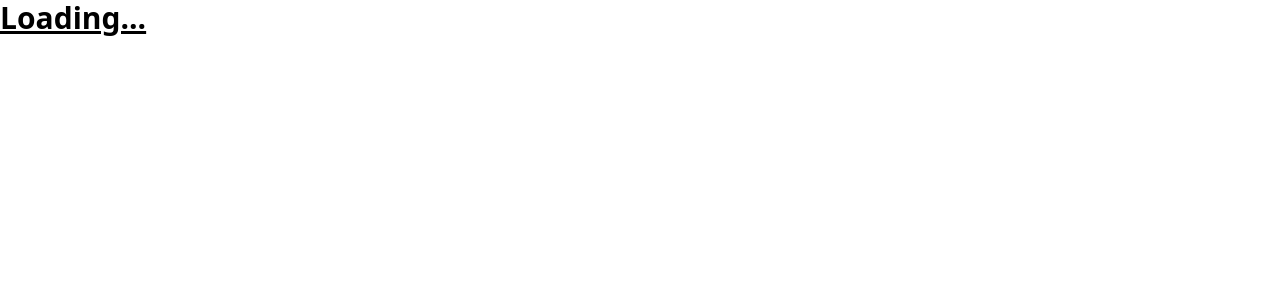
Repository: Renzo-Salosagcol/COGTracker
Page: /
These files come from the project's save history. The page is drawn as it stood at one moment and after the next save; the edit follows.
The browser window is 1280 px wide. The pictures show the whole page.
The project was rebuilt for these pictures with package versions that can differ from the ones it lists, and the page was loaded fresh each time. Also part of the build but not shown: vite.config.js.

Above is the page before, as saved 2026-05-06 14:03:02.

### index.html
<!doctype html>
<html lang="en">
  <head>
    <meta charset="UTF-8" />
    <link rel="icon" type="image/svg+xml" href="/favicon.svg" />
    <meta name="viewport" content="width=device-width, initial-scale=1.0" />
    <title>cogtracker</title>
  </head>
  <body>
    <div id="root"></div>
    <script type="module" src="/src/main.jsx"></script>
  </body>
</html>

### src/index.css
@import "tailwindcss";

@theme {
  --color-background: var(--background);
  --color-foreground: var(--foreground);

  --color-primary: var(--primary);
  --color-secondary: var(--secondary);

  --animate-fade-in: fade-in 1s ease-in forwards;
}

@layer base {
  /* Light Theme */
  :root {
    --background: #ffffff;
    --foreground: #000000;

    --primary: #000000;
  }

  /* Dark Theme */
  .dark {
    --background: #000000;
    --foreground: #ffffff;

    --primary: #ffffff;
  }

  html {
    @apply scroll-smooth;
  }

  body {
    @apply bg-background text-foreground transition-colors duration-300;
  }
}

### src/App.jsx
import './index.css'

//Import Variables & React Functions
import { COG_TRACKER_SERVER } from './config'
import { useState, useEffect } from 'react'

export default function App() {
  const [data, setData] = useState(null)

  useEffect(() => {
    // Simulate an API call
    const fetchData = async () => {
      const response = await fetch(COG_TRACKER_SERVER, {
        method: 'GET',
        headers: {
          'Content-Type': 'application/json',
        },
      })
      const result = await response.json()
      setData(result)
    }

    fetchData()
  }, [])

  return (
    <>
      <h1 className="text-3xl text-primary font-bold underline">{data ? data.title : 'Loading...'}</h1>
    </>
  )
}

### src/config.js
export const COG_TRACKER_SERVER = process.env.COG_TRACKER_SERVER || 'http://localhost:3000'

Loaded but not shown: src/main.jsx (common file)

After the next save:
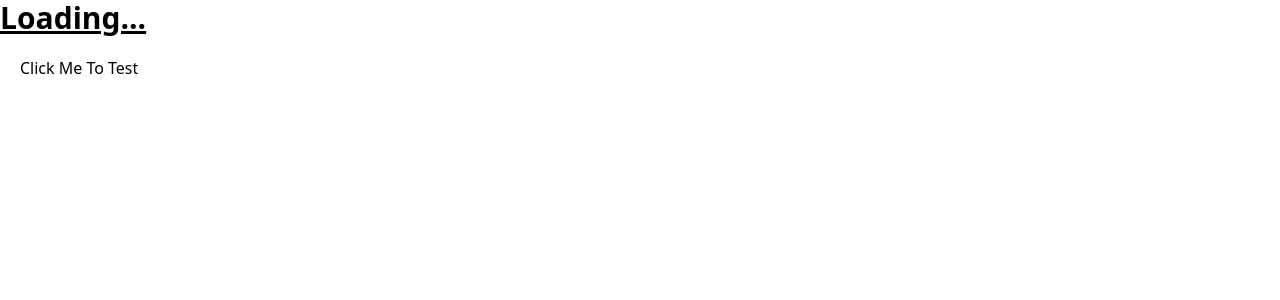
Saved 16 s later.
--- a/src/App.jsx
+++ b/src/App.jsx
@@ -26,6 +26,9 @@
   return (
     <>
       <h1 className="text-3xl text-primary font-bold underline">{data ? data.title : 'Loading...'}</h1>
+      <form>
+        <button type="submit" className="bg-background text-primary p-5 rounded-lg">Click Me To Test</button>
+      </form>
     </>
   )
 }
